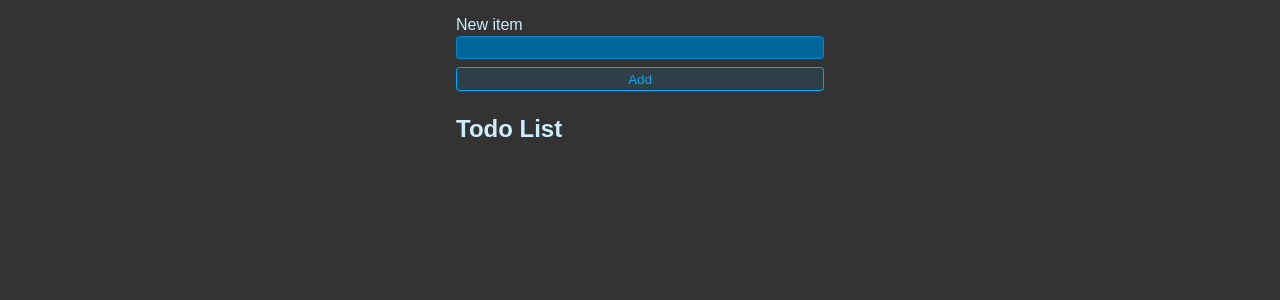
Repository: sinarinzifabrice/ToDoList
Page: /
The author's editor kept a copy of each file at every save. The page is drawn from the files as they stood at one save, then again after the next save.
The browser window is 1280 px wide. The pictures show the whole page.
The project was rebuilt for these pictures with package versions that can differ from the ones it lists, and the page was loaded fresh each time. Also part of the build but not shown: vite.config.js.

Above is the page before, as saved 2023-12-15 05:16:28.

After the next save:
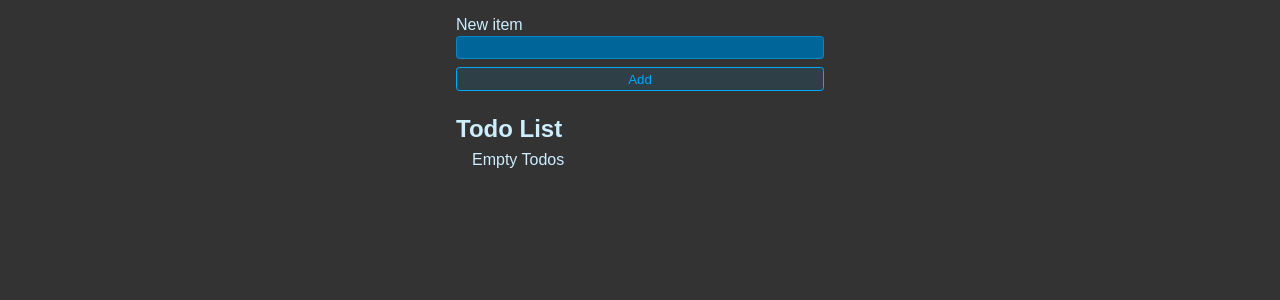
Saved 57 min 5 s later.
--- a/src/App.jsx
+++ b/src/App.jsx
@@ -50,6 +50,7 @@ export default function App(){
           </form>
           <h1 className="header">Todo List</h1>
           <ul className="list">
+          {todos.length === 0 && "Empty Todos"}
             {todos.map( todo => {
               return(<li key={todo.id}>
                 <label>
